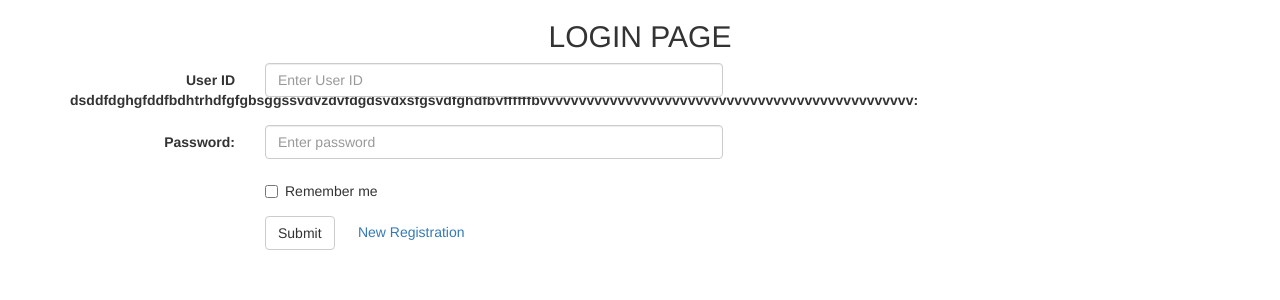
Repository: AvantiKopulwar/Task-Workspace
Page: http://localhost/AdminStudentLogin/
An editor plug-in stored every save of this project. The page is shown before and after the next save, followed by the edit.
The browser window is 1280 px wide. The pictures show the whole page.
The page is served by Tomcat 9.

Above is the page before, as saved 2018-10-04 18:05:55.

After the next save:
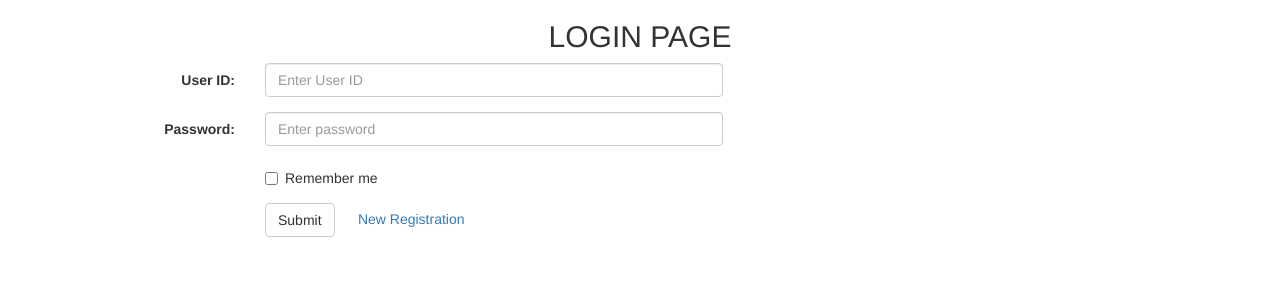
Saved 8 min 21 s later.
--- a/AdminStudentLogin/WebContent/index.jsp
+++ b/AdminStudentLogin/WebContent/index.jsp
@@ -18,7 +18,7 @@ pageEncoding="ISO-8859-1"%>
 		<h2 align="center"> LOGIN PAGE</h2>
 		<form class="form-horizontal" action="login">
 			<div class="form-group">
-				<label class="control-label col-sm-2" for="uname">User ID dsddfdghgfddfbdhtrhdfgfgbsggssvdvzdvfdgdsvdxsfgsvdfghdfbvffffffbvvvvvvvvvvvvvvvvvvvvvvvvvvvvvvvvvvvvvvvvvvvvvvvv:</label>
+				<label class="control-label col-sm-2" for="uname">User ID:</label>
 				<div class="col-sm-5">
 					<input type="text" class="form-control" id="uname"
 						placeholder="Enter User ID" name="uname">
